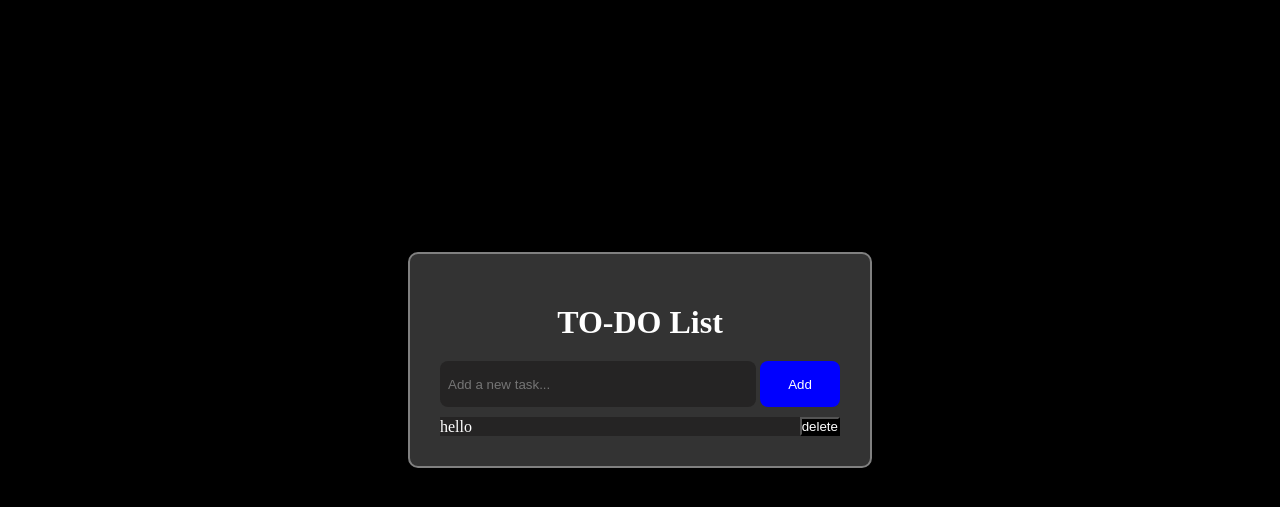
Repository: ksusmitha879-cyber/todo-list
Page: index.html
These files come from the project's save history. The page is drawn as it stood at one moment and after the next save; the edit follows.
The browser window is 1280 px wide. The pictures show the whole page.

Above is the page before, as saved 2025-11-28 02:38:57.

### index.html
<!DOCTYPE html>
<html lang="en">
<head>
    <meta charset="UTF-8">
    <meta name="viewport" content="width=device-width, initial-scale=1.0">
    <title>TO-DO List</title>
    <link rel="stylesheet" href="style.css">
</head>
<body>
    <div class="container">
        <h1>TO-DO List</h1>
        <div class="input-container">
            <input type="text" id="todo-input" placeholder="Add a new task..."/>
            <button>Add</button>
        </div>
        <ul id="todo-list">
            <li>
                <span>hello</span>
                <button>delete</button>
            </li>
        </ul>
    </div>
</body>
</html>

### style.css
*{
    margin: 0;
    padding: 0;
    background-color: black;
    color: white;
}

html, body{
    height: 100%;
    display: grid;
    place-items: center;
}
.container{
    padding: 30px;
    background-color: rgb(51, 51, 51);
    width: 400px;
    height: auto;
    border: 2px solid grey;
    border-radius: 10px;
}
h1{
    display: flex;
    align-items: center;
    justify-content: center;
    background-color: rgb(51, 51, 51);
    margin: 20px;
}
.input-container{
    background-color: rgb(51, 51, 51);
    width: 100%;
    display: flex;
    justify-content: space-between;
}
input{
    background-color: #252424;
    color: white;
    width: 75%;
    height: 30px;
    border-radius: 8px;
    border-style: none;
    padding: 8px;
}
.input-container button{
    background-color: blue;
    color: white;
    width: 20%;
    height: auto;
    border-radius: 8px;
    border-style: none;
    padding: 8px;
    cursor: pointer;
}
ul{
    background-color: rgb(51, 51, 51);
}
li{
    background-color: #252424;
    list-style: none;
    margin-top: 10px;
    display: flex;
    align-items: center;
    justify-content: space-between;
    /* border-radius: 8px; */
}
span{
    background-color: #252424;
}
li button{
    ba
}

After the next save:
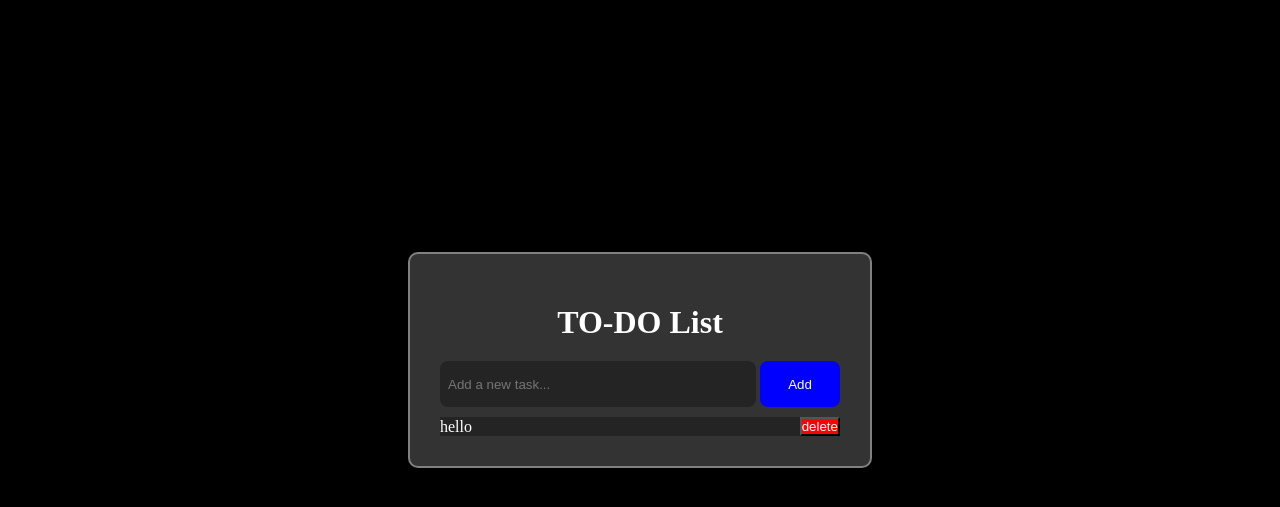
Saved 5 s later.
--- a/style.css
+++ b/style.css
@@ -66,5 +66,6 @@ span{
     background-color: #252424;
 }
 li button{
-    ba
+    background-color: red;
+
 }
